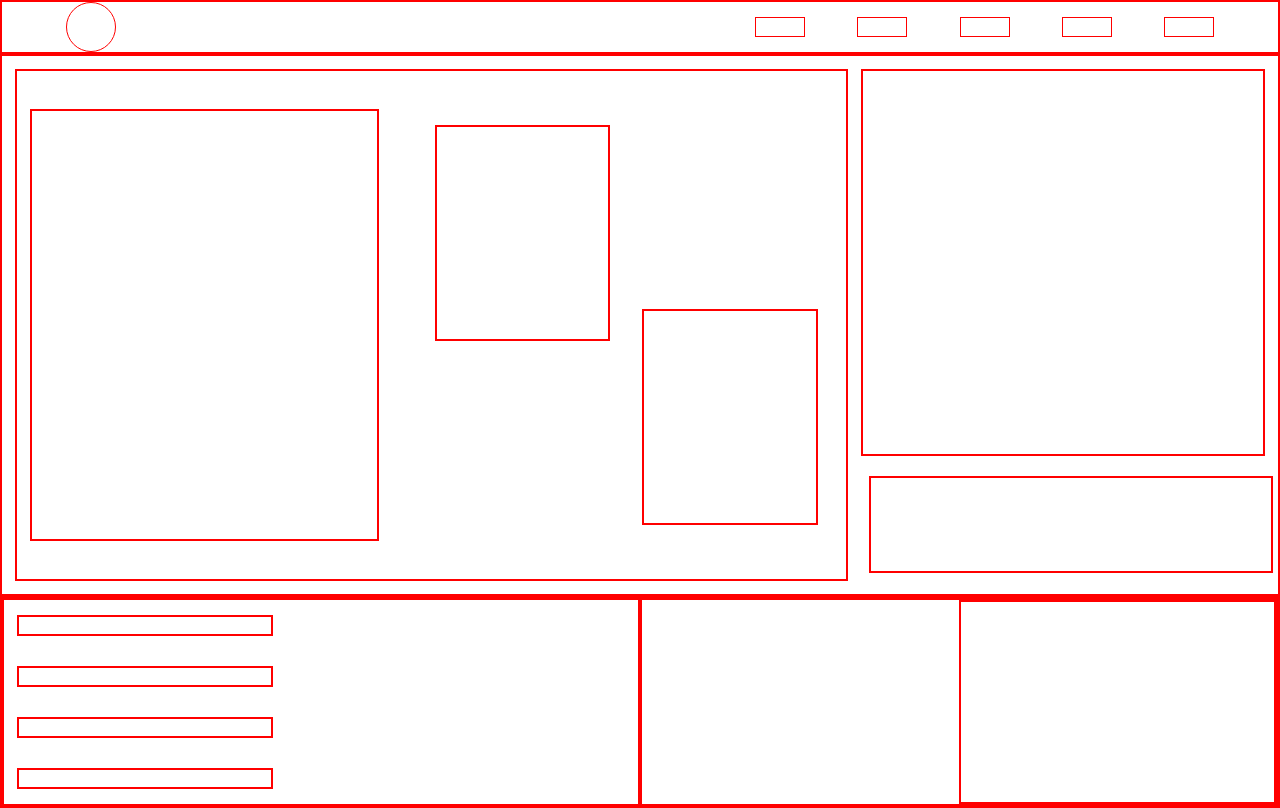
Repository: archangel88/elbrus_homework
Page: phase-0/week-3/day-4/flexbox/index.html
An editor plug-in stored every save of this project. The page is shown before and after the next save, followed by the edit.
The browser window is 1280 px wide. The pictures show the whole page.

Above is the page before, as saved 2025-10-10 01:01:25.

After the next save:
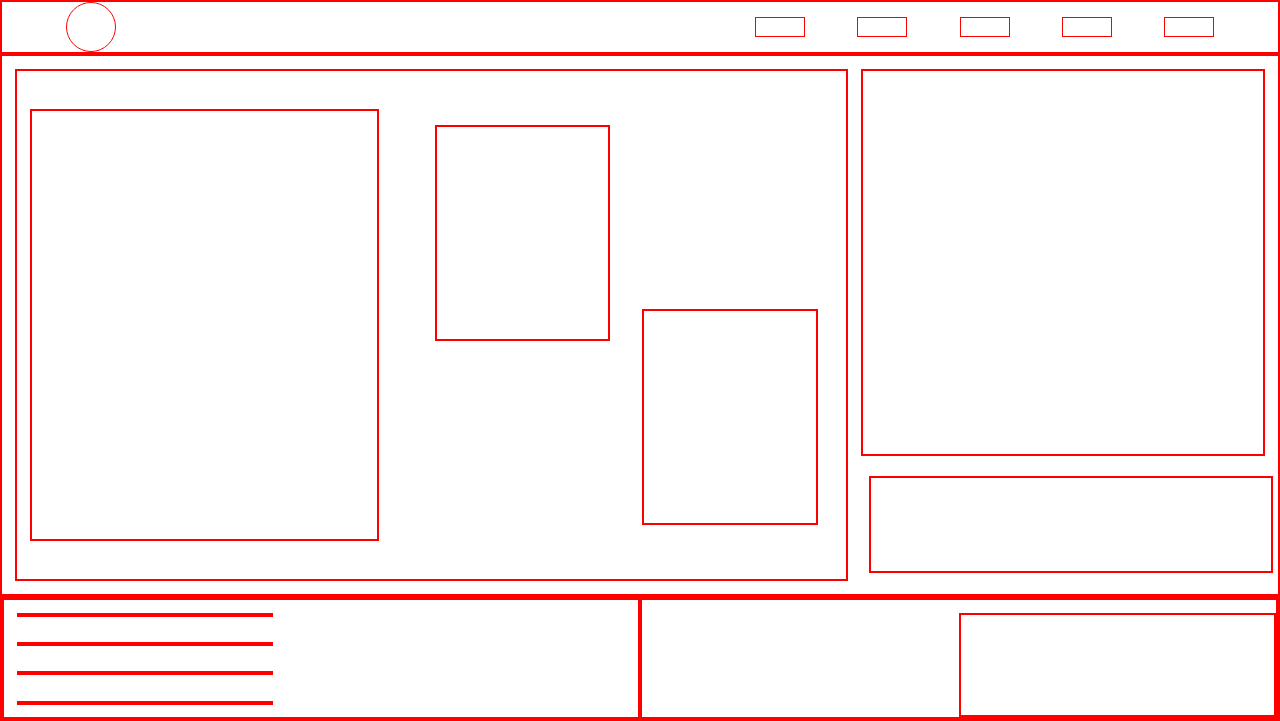
Saved 13 s later.
--- a/phase-0/week-3/day-4/flexbox/css/styles.css
+++ b/phase-0/week-3/day-4/flexbox/css/styles.css
@@ -142,5 +142,5 @@ header {
 .footer .right .block{
     height: 15%;
     width: 50%;
-    padding: 100px;
+    padding: 50px;
 }
